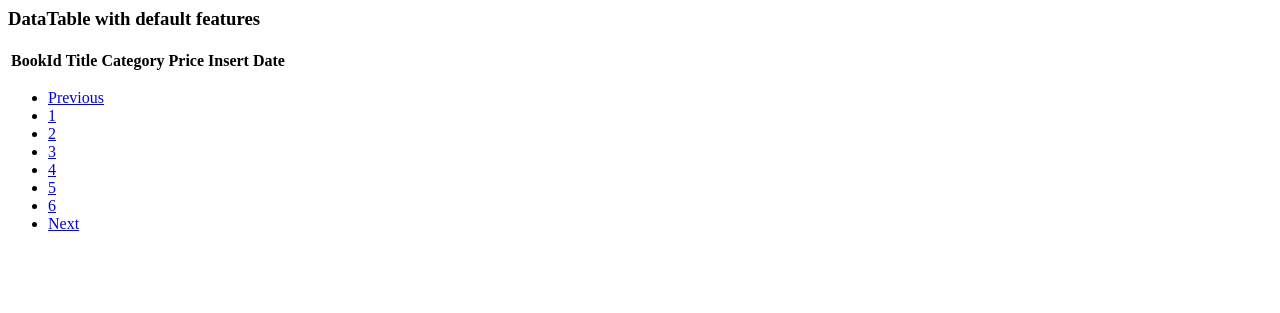
Repository: Dongmin09/EgvoProject
Page: http://localhost/egvoProject/WEB-INF/views/book/list.jsp
These files come from the project's save history. The page is drawn as it stood at one moment and after the next save; the edit follows.
The browser window is 1280 px wide. The pictures show the whole page.
The page is served by Tomcat 9. Nobody is signed in. Other server files are loaded and not shown. The template is opened directly, without the code that normally fills it, so the values that code supplies are empty.

Above is the page before, as saved 2022-11-14 06:20:27.

### egvoProject/src/main/webapp/WEB-INF/views/book/list.jsp
<%@ page language="java" contentType="text/html; charset=UTF-8"%>
<%@ taglib prefix="c" uri="http://java.sun.com/jsp/jstl/core"%>
<div class="card">
   <div class="card-header">
      <h3 class="card-title">DataTable with default features</h3>
   </div>
   <div class="card-body">
      <div id="example1_wrapper" class="dataTables_wrapper dt-bootstrap4">
         <div class="row">
            <div class="col-sm-12">
               <table id="example1"
                  class="table table-bordered table-striped dataTable dtr-inline"
                  aria-describedby="example1_info">
                  <thead>
                     <tr>
                        <th class="sorting" tabindex="0" aria-controls="example1"
                           rowspan="1" colspan="1"
                           aria-label="BookId: activate to sort column ascending">BookId</th>
                        <th class="sorting sorting_asc" tabindex="0"
                           aria-controls="example1" rowspan="1" colspan="1"
                           aria-label="Title: activate to sort column descending"
                           aria-sort="ascending">Title</th>
                        <th class="sorting" tabindex="0" aria-controls="example1"
                           rowspan="1" colspan="1"
                           aria-label="Category: activate to sort column ascending">Category</th>
                        <th class="sorting" tabindex="0" aria-controls="example1"
                           rowspan="1" colspan="1"
                           aria-label="Price: activate to sort column ascending">Price</th>
                        <th class="sorting" tabindex="0" aria-controls="example1"
                           rowspan="1" colspan="1"
                           aria-label="Insert Date: activate to sort column ascending">Insert Date</th>
                     </tr>
                  </thead>
                  <tbody>

                     <c:forEach var="bookVO" items="${bookVOList}" varStatus="stat">
                        <c:if test="${stat.count%2!=0}"><tr class="odd"></c:if>
                        <c:if test="${stat.count%2==0}"><tr class="even"></c:if>
                        <tr class="odd">
                           <td class="dtr-control">${bookVO.bookId}</td>
                           <td><a href="/book/detail?bookId=${bookVO.bookId}">${bookVO.title}</a></td>
                           <td>${bookVO.category}</td>
                           <td>${bookVO.price}</td>
                           <td>${bookVO.insertDate}</td>
                        </tr>
                     </c:forEach>
                  </tbody>
               </table>
            </div>
         </div>
         <div class="row">
            <div class="col-sm-12 col-md-7">
               <div class="dataTables_paginate paging_simple_numbers"
                  id="example1_paginate">
                  <ul class="pagination">
                     <li class="paginate_button page-item previous disabled"
                        id="example1_previous"><a href="#" aria-controls="example1"
                        data-dt-idx="0" tabindex="0" class="page-link">Previous</a></li>
                     <li class="paginate_button page-item active"><a href="#"
                        aria-controls="example1" data-dt-idx="1" tabindex="0"
                        class="page-link">1</a></li>
                     <li class="paginate_button page-item "><a href="#"
                        aria-controls="example1" data-dt-idx="2" tabindex="0"
                        class="page-link">2</a></li>
                     <li class="paginate_button page-item "><a href="#"
                        aria-controls="example1" data-dt-idx="3" tabindex="0"
                        class="page-link">3</a></li>
                     <li class="paginate_button page-item "><a href="#"
                        aria-controls="example1" data-dt-idx="4" tabindex="0"
                        class="page-link">4</a></li>
                     <li class="paginate_button page-item "><a href="#"
                        aria-controls="example1" data-dt-idx="5" tabindex="0"
                        class="page-link">5</a></li>
                     <li class="paginate_button page-item "><a href="#"
                        aria-controls="example1" data-dt-idx="6" tabindex="0"
                        class="page-link">6</a></li>
                     <li class="paginate_button page-item next" id="example1_next"><a
                        href="#" aria-controls="example1" data-dt-idx="7" tabindex="0"
                        class="page-link">Next</a></li>
                  </ul>
               </div>
            </div>
         </div>
      </div>
   </div>

After the next save:
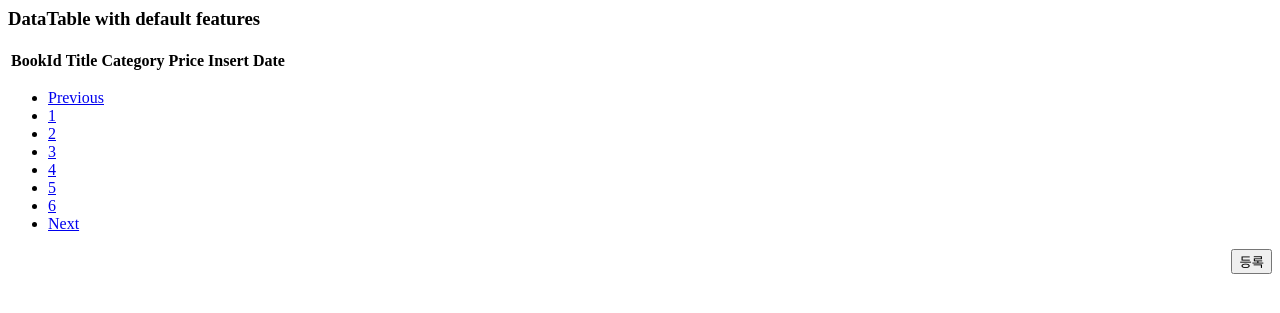
Saved 2 min 19 s later.
--- a/egvoProject/src/main/webapp/WEB-INF/views/book/list.jsp
+++ b/egvoProject/src/main/webapp/WEB-INF/views/book/list.jsp
@@ -78,8 +78,15 @@
                         href="#" aria-controls="example1" data-dt-idx="7" tabindex="0"
                         class="page-link">Next</a></li>
                   </ul>
-               </div>
+	               </div>
+            		<div id="spn1" class="card-footer">
+						<div style="float: right;">
+							<button type="button" style="float: right;" id="edit"
+								class="btn btn-block bg-gradient-success btn-sm">등록</button>
+						</div>
+					</div>
             </div>
          </div>
       </div>
+
    </div>
